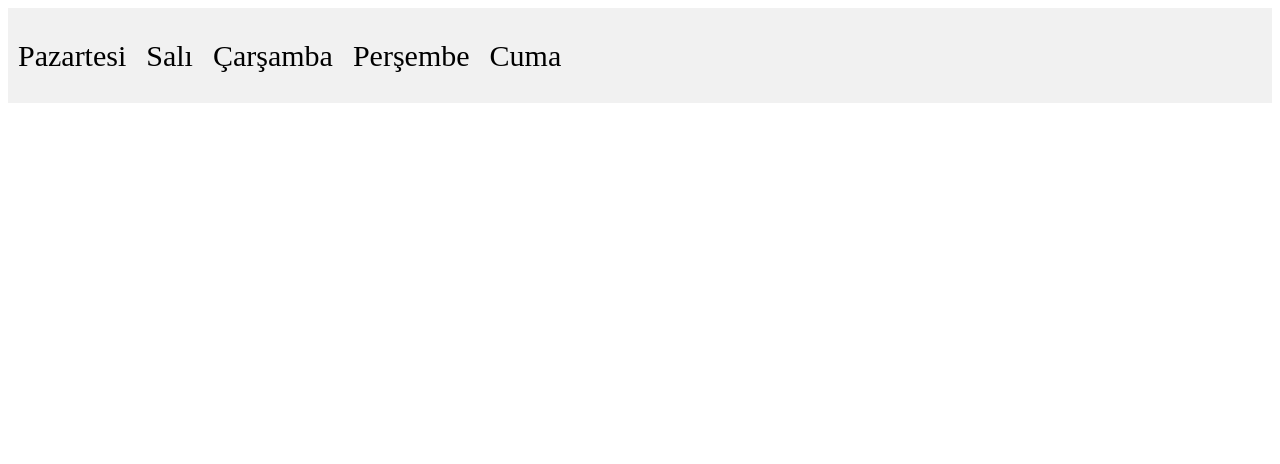
Repository: ahmetbugraozcan/css-ders-programi
Page: deneme2.html
The author's editor kept a copy of each file at every save. The page is drawn from the files as they stood at one save, then again after the next save.
The browser window is 1280 px wide. The pictures show the whole page.

Above is the page before, as saved 2021-07-10 10:25:13.

### deneme2.html
<!DOCTYPE html>
<html>
<head>
<style>
.flex-container {
  display: flex;
  align-items: stretch;
  background-color: #f1f1f1;
}

.flex-container>div {
    flex-shrink: 1;
  margin: 10px;
  text-align: center;
  line-height: 75px;
  font-size: 30px;
}
</style>
</head>
<body>

<div class="flex-container">
  <div >Pazartesi</div>
  <div >Salı</div>
  <div >Çarşamba</div>
  <div >Perşembe</div>
  <div >Cuma</div>
</div>

</body>
</html>

After the next save:
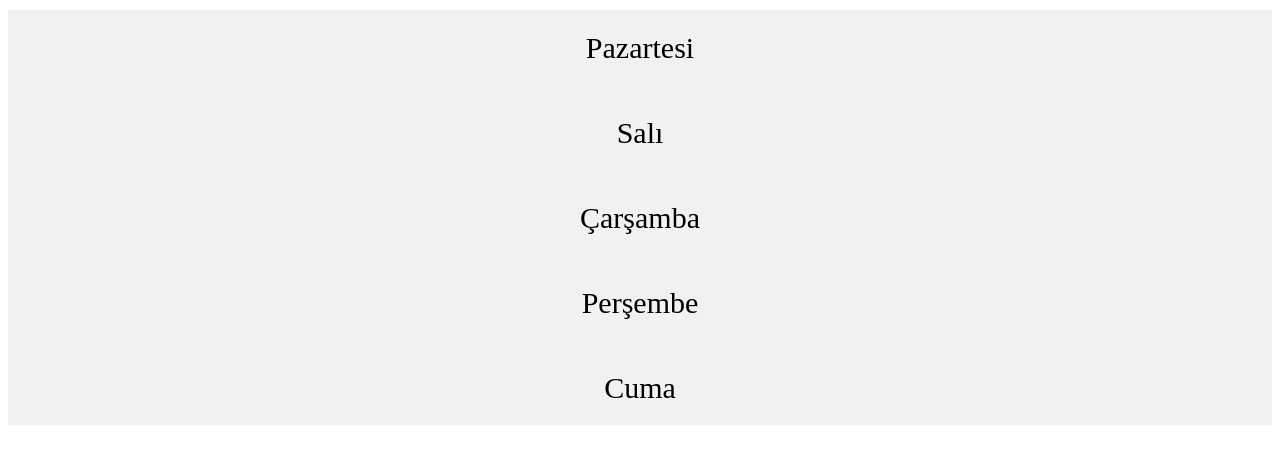
Saved 9 s later.
--- a/deneme2.html
+++ b/deneme2.html
@@ -3,13 +3,13 @@
 <head>
 <style>
 .flex-container {
+    flex-shrink: 1
   display: flex;
   align-items: stretch;
   background-color: #f1f1f1;
 }
 
 .flex-container>div {
-    flex-shrink: 1;
   margin: 10px;
   text-align: center;
   line-height: 75px;

After the save that followed:
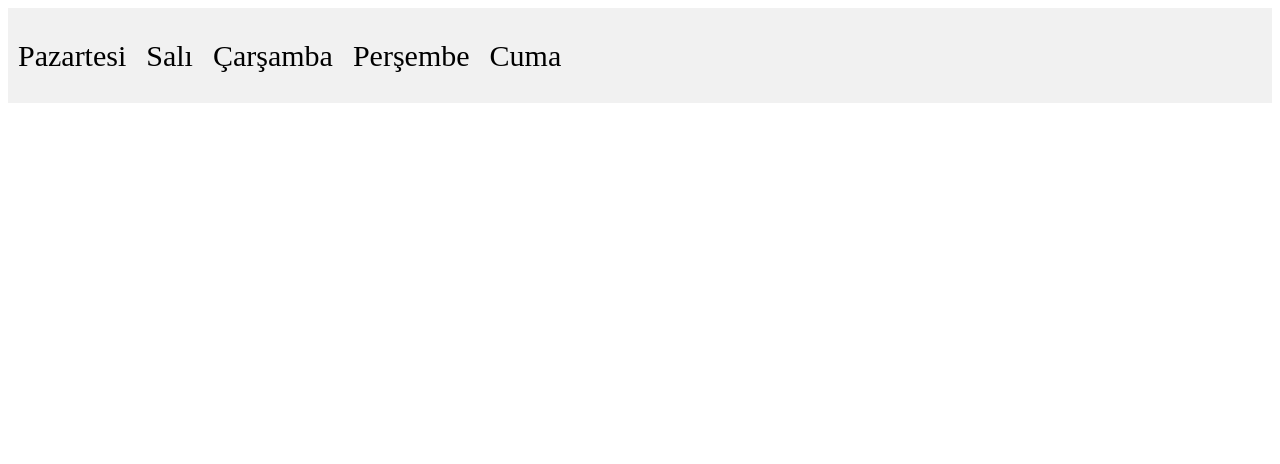
Saved 6 s later.
--- a/deneme2.html
+++ b/deneme2.html
@@ -3,7 +3,7 @@
 <head>
 <style>
 .flex-container {
-    flex-shrink: 1
+    flex-shrink: 1;
   display: flex;
   align-items: stretch;
   background-color: #f1f1f1;
